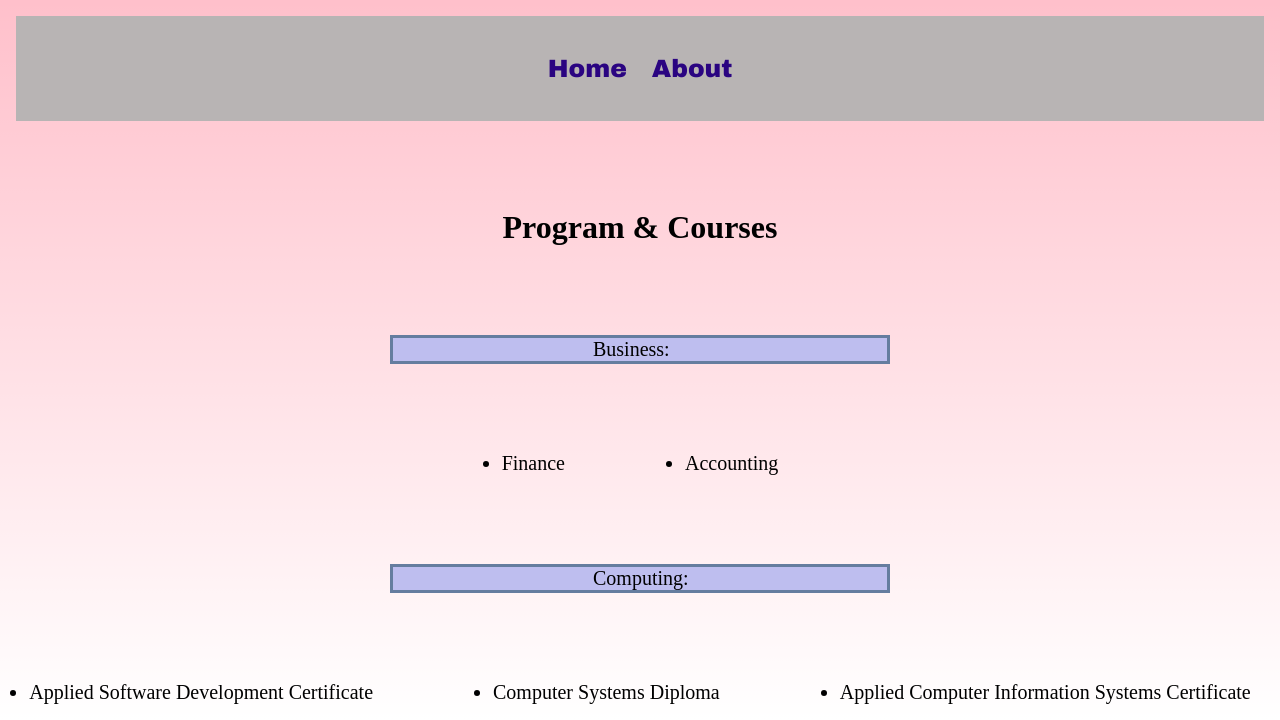
Repository: anoncoderin/madhu-assignment3
Page: /
An editor plug-in stored every save of this project. The page is shown before and after the next save, followed by the edit.
The browser window is 1280 px wide. The pictures show the whole page.
The project was rebuilt for these pictures with package versions that can differ from the ones it lists, and the page was loaded fresh each time. The framework's server and built-in components were replaced by stand-ins that run in the browser. Also part of the build but not shown: next.config.js, components/Card/Card.module.css.

Above is the page before, as saved 2023-01-23 12:33:25.

### pages/index.js
import Head from 'next/head'
import Image from 'next/image'
import { Inter } from '@next/font/google'
import styles from '@/styles/Home.module.css'
import { useState } from 'react'
import data from '../data/education.json'
import Link from 'next/link'
import Card from '../components/Card'
import style from '../components/Card/Card.module.css'

export default function Home() {
  console.log(data);
  const [information, setInformation] = useState([...data])
  return (
    <>
      <Head>

      </Head>
      <main className={styles.main}>
        <div className={styles.nav}>
        <p>

          <Link href="/"><b>Home &nbsp;&nbsp;</b></Link>
          <Link href="about"><b>About</b></Link>
        </p>
        </div>
        <h1>Program & Courses</h1>
      <div className={styles.heading}>Business:</div>
      <div className={styles.row}>
      {
        information && information.map((info, index)=>{
          if(info.department === "Business"){
            return(
              <Card key={index} degree={info.degree} font={20}></Card>
            )
          }
        })
      }
      </div>
      <div className={styles.heading}>Computing:</div>
      <div className={styles.row}>
      {
        information && information.map((info, index)=>{
          if(info.department === "Computing"){
            return(

              <Card key={index} degree={info.degree} font={20}></Card>
            )
          }
        })
      }
      </div>
      </main>
    </>
  )
}

### styles/globals.css
:root {
  --max-width: 1100px;
  --border-radius: 12px;
  --font-mono: ui-monospace, Menlo, Monaco, 'Cascadia Mono', 'Segoe UI Mono',
    'Roboto Mono', 'Oxygen Mono', 'Ubuntu Monospace', 'Source Code Pro',
    'Fira Mono', 'Droid Sans Mono', 'Courier New', monospace;

  --foreground-rgb: 0, 0, 0;
  --background-start-rgb: 255, 192, 203;
  --background-end-rgb: 255, 255, 255;

  --primary-glow: conic-gradient(
    from 180deg at 50% 50%,
    hsla(78, 61%, 87%, 0.2) 0deg,
    #0885ff33 55deg,
    #54d6ff33 120deg,
    #0071ff33 160deg,
    transparent 360deg
  );
  --secondary-glow: radial-gradient(
    rgba(255, 255, 255, 1),
    rgba(255, 255, 255, 0)
  );

  --tile-start-rgb: 239, 245, 249;
  --tile-end-rgb: 228, 232, 233;
  --tile-border: conic-gradient(
    #00000080,
    #00000040,
    #00000030,
    #00000020,
    #00000010,
    #00000010,
    #00000080
  );

  --callout-rgb: 238, 240, 241;
  --callout-border-rgb: 172, 175, 176;
  --card-rgb: 180, 185, 188;
  --card-border-rgb: 131, 134, 135;
}

@media (prefers-color-scheme: dark) {
  :root {
    --foreground-rgb: 255, 255, 255;
    --background-start-rgb: 0, 0, 0;
    --background-end-rgb: 0, 0, 0;

    --primary-glow: radial-gradient(rgba(1, 65, 255, 0.4), rgba(1, 65, 255, 0));
    --secondary-glow: linear-gradient(
      to bottom right,
      rgba(1, 65, 255, 0),
      rgba(1, 65, 255, 0),
      rgba(1, 65, 255, 0.3)
    );

    --tile-start-rgb: 2, 13, 46;
    --tile-end-rgb: 2, 5, 19;
    --tile-border: conic-gradient(
      #ffffff80,
      #ffffff40,
      #ffffff30,
      #ffffff20,
      #ffffff10,
      #ffffff10,
      #ffffff80
    );

    --callout-rgb: 20, 20, 20;
    --callout-border-rgb: 108, 108, 108;
    --card-rgb: 100, 100, 100;
    --card-border-rgb: 200, 200, 200;
  }
}

* {
  box-sizing: border-box;
  padding: 0;
  margin: 0;
}

html,
body {
  max-width: 100vw;
  overflow-x: hidden;
}

body {
  color: rgb(var(--foreground-rgb));
  background: linear-gradient(
      to bottom,
      transparent,
      rgb(var(--background-end-rgb))
    )
    rgb(var(--background-start-rgb));
}

a {
  color: inherit;
  text-decoration: none;
}
a:hover{
  color: rgb(92, 91, 91);
}

@media (prefers-color-scheme: dark) {
  html {
    color-scheme: dark;
  }
}

### styles/Home.module.css
.main {
  display: flex;
  flex-direction: column;
  justify-content: space-between;
  align-items: center;
  padding: 1rem;
  min-height: 100vh;
}
.row{
  display: flex;
  flex-direction: row;
  justify-content:space-evenly;
  gap: 120px;

}
.nav{
  display: flex;
  flex-direction: column;
  justify-content: space-between;
  align-items: center;
      padding: 39px;
  background-color: rgb(184, 180, 180);
  color: rgb(42, 4, 129);

  font-size: 25px;
  margin: 45;
  font-family: arial black;
  width: 100%;
}


.heading{
  padding-left: 200px;
  height: 30
  px;
  width: 500px;
  background-color: #bebeef;
  border-style:solid;
  border-color:#657d9f;
  font-size: 20px;
}

.degree{
  display: flex;
  flex-direction: column;

  gap: 5px;
}

.description {
  display: inherit;
  justify-content: inherit;
  align-items: inherit;
  font-size: 0.85rem;
  max-width: var(--max-width);
  width: 100%;
  z-index: 2;
  font-family: var(--font-mono);
}

.description a {
  display: flex;
  justify-content: center;
  align-items: center;
  gap: 0.5rem;
}

.description p {
  position: relative;
  margin: 0;
  padding: 1rem;
  background-color: rgba(var(--callout-rgb), 0.5);
  border: 1px solid rgba(var(--callout-border-rgb), 0.3);
  border-radius: var(--border-radius);
}

.code {
  font-weight: 700;
  font-family: var(--font-mono);
}

.grid {
  display: grid;
  grid-template-columns: repeat(4, minmax(25%, auto));
  width: var(--max-width);
  max-width: 100%;
}

.card {
  padding: 1rem 1.2rem;
  border-radius: var(--border-radius);
  background: rgba(var(--card-rgb), 0);
  border: 1px solid rgba(var(--card-border-rgb), 0);
  transition: background 200ms, border 200ms;
}

.card span {
  display: inline-block;
  transition: transform 200ms;
}

.card h2 {
  font-weight: 600;
  margin-bottom: 0.7rem;
}

.card p {
  margin: 0;
  opacity: 0.6;
  font-size: 0.9rem;
  line-height: 1.5;
  max-width: 30ch;
}

.center {
  display: flex;
  justify-content: center;
  align-items: center;
  position: relative;
  padding: 4rem 0;
}

.center::before {
  background: var(--secondary-glow);
  border-radius: 50%;
  width: 480px;
  height: 360px;
  margin-left: -400px;
}

.center::after {
  background: var(--primary-glow);
  width: 240px;
  height: 180px;
  z-index: -1;
}

.center::before,
.center::after {
  content: '';
  left: 50%;
  position: absolute;
  filter: blur(45px);
  transform: translateZ(0);
}

.logo,
.thirteen {
  position: relative;
}

.thirteen {
  display: flex;
  justify-content: center;
  align-items: center;
  width: 75px;
  height: 75px;
  padding: 25px 10px;
  margin-left: 16px;
  transform: translateZ(0);
  border-radius: var(--border-radius);
  overflow: hidden;
  box-shadow: 0px 2px 8px -1px #0000001a;
}

.thirteen::before,
.thirteen::after {
  content: '';
  position: absolute;
  z-index: -1;
}

/* Conic Gradient Animation */
.thirteen::before {
  animation: 6s rotate linear infinite;
  width: 200%;
  height: 200%;
  background: var(--tile-border);
}

/* Inner Square */
.thirteen::after {
  inset: 0;
  padding: 1px;
  border-radius: var(--border-radius);
  background: linear-gradient(
    to bottom right,
    rgba(var(--tile-start-rgb), 1),
    rgba(var(--tile-end-rgb), 1)
  );
  background-clip: content-box;
}

/* Enable hover only on non-touch devices */
@media (hover: hover) and (pointer: fine) {
  .card:hover {
    background: rgba(var(--card-rgb), 0.1);
    border: 1px solid rgba(var(--card-border-rgb), 0.15);
  }

  .card:hover span {
    transform: translateX(4px);
  }
}

@media (prefers-reduced-motion) {
  .thirteen::before {
    animation: none;
  }

  .card:hover span {
    transform: none;
  }
}

/* Mobile */
@media (max-width: 700px) {
  .content {
    padding: 4rem;
  }

  .grid {
    grid-template-columns: 1fr;
    margin-bottom: 120px;
    max-width: 320px;
    text-align: center;
  }

  .card {
    padding: 1rem 2.5rem;
  }

  .card h2 {
    margin-bottom: 0.5rem;
  }

  .center {
    padding: 8rem 0 6rem;
  }

  .center::before {
    transform: none;
    height: 300px;
  }

  .description {
    font-size: 0.8rem;
  }

  .description a {
    padding: 1rem;
  }

  .description p,
  .description div {
    display: flex;
    justify-content: center;
    position: fixed;
    width: 100%;
  }

  .description p {
    align-items: center;
    inset: 0 0 auto;
    padding: 2rem 1rem 1.4rem;
    border-radius: 0;
    border: none;
    border-bottom: 1px solid rgba(var(--callout-border-rgb), 0.25);
    background: linear-gradient(
      to bottom,
      rgba(var(--background-start-rgb), 1),
      rgba(var(--callout-rgb), 0.5)
    );
    background-clip: padding-box;
    backdrop-filter: blur(24px);
  }

  .description div {
    align-items: flex-end;
    pointer-events: none;
    inset: auto 0 0;
    padding: 2rem;
    height: 200px;
    background: linear-gradient(
      to bottom,
      transparent 0%,
      rgb(var(--background-end-rgb)) 40%
    );
    z-index: 1;
  }
}

/* Tablet and Smaller Desktop */
@media (min-width: 701px) and (max-width: 1120px) {
  .grid {
    grid-template-columns: repeat(2, 50%);
  }
}

@media (prefers-color-scheme: dark) {
  .vercelLogo {
    filter: invert(1);
  }

  .logo,
  .thirteen img {
    filter: invert(1) drop-shadow(0 0 0.3rem #ffffff70);
  }
}

@keyframes rotate {
  from {
    transform: rotate(360deg);
  }
  to {
    transform: rotate(0deg);
  }
}

### data/education.json
[
        {
            "studentNumber": "A0004567",
            "firstName": "Person 1",
            "gpa": 3.8,
            "department": "Business",
            "degree": "Finance",
            "graduted": 2014
        },
        {
            "studentNumber": "A0001234",
            "firstName": "Person 2",
            "gpa": 3.5,
            "department": "Business",
            "degree": "Accounting",
            "graduted": 2010
        },
        {
            "studentNumber": "A0007890",
            "firstName": "Person 3",
            "gpa": 3.2,
            "department": "Computing",
            "degree": "Applied Software Development Certificate",
            "graduted": 2018
        },
        {
            "studentNumber": "A0007828",
            "firstName": "Person 4",
            "gpa": 3.9,
            "department": "Computing",
            "degree": "Computer Systems Diploma",
            "graduted": 2021
        },
        {
            "studentNumber": "A0003425",
            "firstName": "Person 5",
            "gpa": 3.2,
            "department": "Computing",
            "degree": "Applied Computer Information Systems Certificate",
            "graduted": 2021
        }

]

### components/Card/index.js
export default function Card(
    {
        degree = "none",
        color = "purple",
        font = 10,
        image = 'icon/personTwo.png'
    }
) {
    return (
        <div style={{ backgroundcolor: color, fontSize: font }}>

            <ul>
                <li>
                    {degree}
                </li>

            </ul>
        </div>
    )
}

Loaded but not shown: pages/_app.js (common file); pages/_document.js (common file)

After the next save:
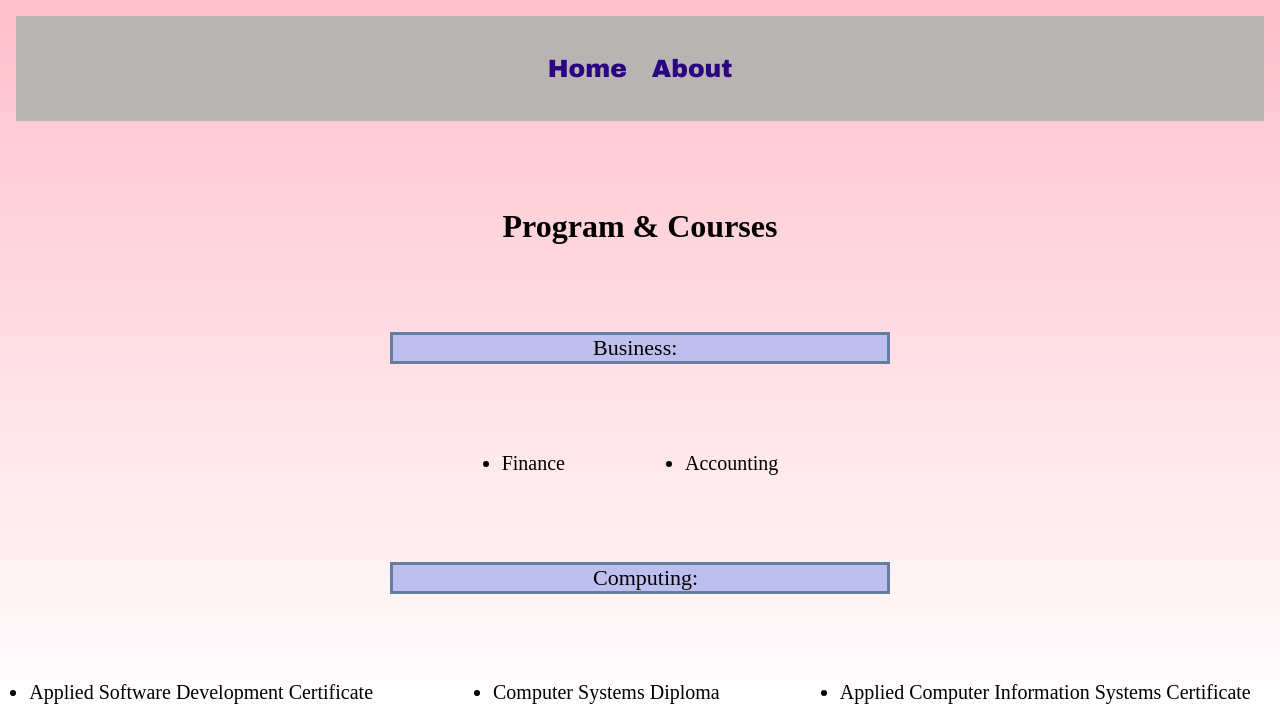
Saved 4 s later.
--- a/styles/Home.module.css
+++ b/styles/Home.module.css
@@ -37,7 +37,7 @@
   background-color: #bebeef;
   border-style:solid;
   border-color:#657d9f;
-  font-size: 20px;
+  font-size: 22px;
 }
 
 .degree{
